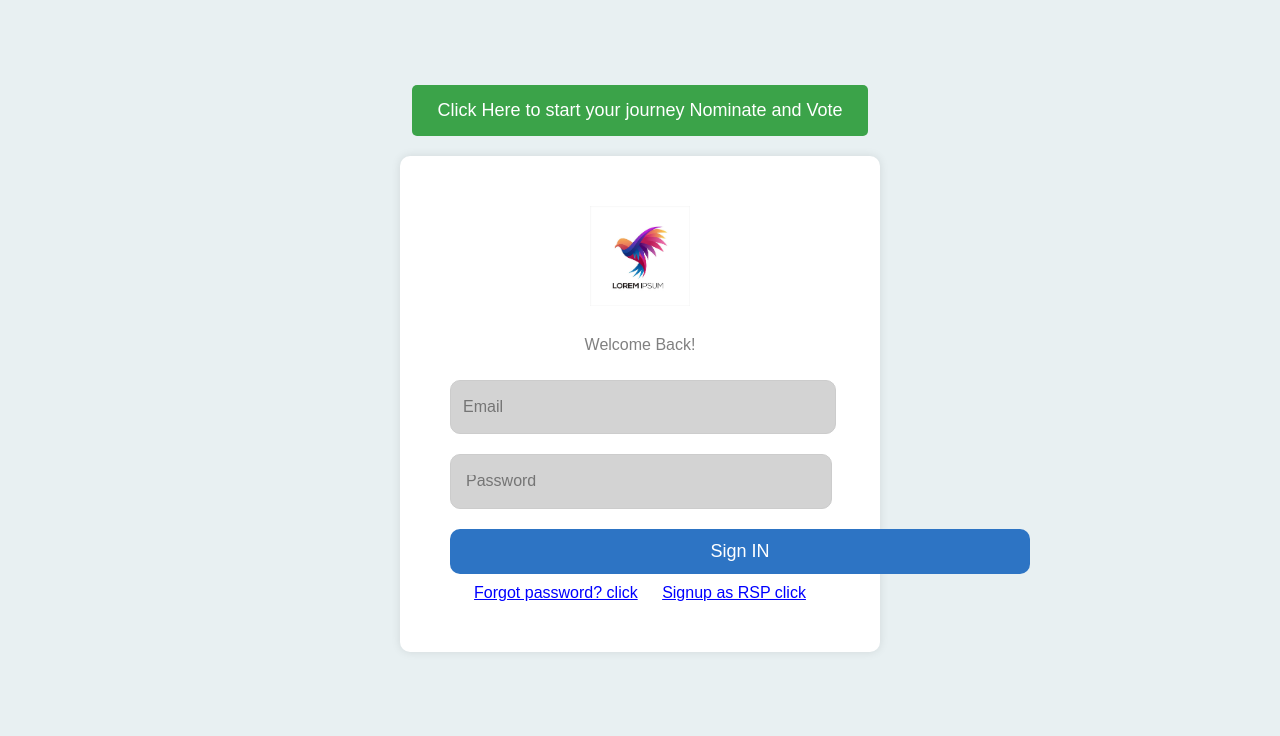
Repository: Femi007-gh/welcome
Page: index.html
The author's editor kept a copy of each file at every save. The page is drawn from the files as they stood at one save, then again after the next save.
The browser window is 1280 px wide. The pictures show the whole page.
Some web libraries are served in a nearby version.

Above is the page before, as saved 2025-03-10 18:22:26.

### index.html
<!DOCTYPE html>
<html lang="en">
<head>
    <meta charset="UTF-8">
    <meta name="viewport" content="width=device-width, initial-scale=1.0">
    <title>Login Page</title>
    <script src="https://kit.fontawesome.com/a076d05399.js" crossorigin="anonymous"></script>
    <style>
        body {
            font-family: Arial, sans-serif;
            background-color: #e8f0f2;
            display: flex;
            justify-content: center;
            align-items: center;
            height: 100vh;
            flex-direction: column;
        }
        .green-button {
            background-color: #3ba349;
            color: white;
            padding: 15px 25px;
            border: none;
            border-radius: 5px;
            cursor: pointer;
            margin-bottom: 20px;
            font-size: 18px;
        }
        .container {
            background-color: white;
            padding: 50px;
            border-radius: 10px;
            box-shadow: 0 0 10px rgba(0, 0, 0, 0.1);
            text-align: center;
            width: 380px;
        }
        .container img {
            width: 100px;
            margin-bottom: 10px;
        }
        p {
            color: gray;
        }
        input {
            width: calc(100% - 20px);
            padding: 12px;
            margin: 10px 0;
            border: 1px solid #ccc;
            border-radius: 10px;
            font-size: 16px;
            background: #d3d3d3;
        }
        .password-container {
            display: flex;
            align-items: center;
            background: #d3d3d3;
            border: 1px solid #ccc;
            border-radius: 10px;
            padding: 10px;
            width: calc(100% - 20px);
            margin: 10px 0;
        }
        .password-container input {
            border: none;
            outline: none;
            flex: 1;
            background: transparent;
            padding: 5px;
        }
        .password-container i {
            cursor: pointer;
            font-size: 18px;
            margin-left: 10px;
        }
        .sign-in-button {
            background-color: #2d74c4;
            color: white;
            padding: 12px;
            border: none;
            border-radius: 10px;
            cursor: pointer;
            width: 100%;
            font-size: 18px;
            margin-top: 10px;
            width: 580px;
        }
        .links {
            margin-top: 10px;
            font-size: 16px;
        }
        .links a {
            color: gray;
            text-decoration: none;
            margin: 0 10px;
        }
        .links a.underline {
            color: blue;
            text-decoration: underline;
        }
        .fit {
          height: 3px;
        }
        .lit{
          height: 28px;
        }
    </style>
</head>
<body>
    <button class="green-button">Click Here to start your journey Nominate and Vote</button>
    <div class="container">
        <img src="Logo.jpg" alt="Nigerian Shippers Council Logo">
        <p>Welcome Back!</p>
        <input type="email" placeholder="Email" class="lit">
        <div class="password-container">
            <input type="password" placeholder="Password" class="fit">
        </div>
        <button class="sign-in-button">Sign IN</button>
        <div class="links">
            <a href="#" class="underline">Forgot password? click</a>
            <a href="#" class="underline">Signup as RSP click</a>
        </div>
    </div>
</body>
</html>

After the next save:
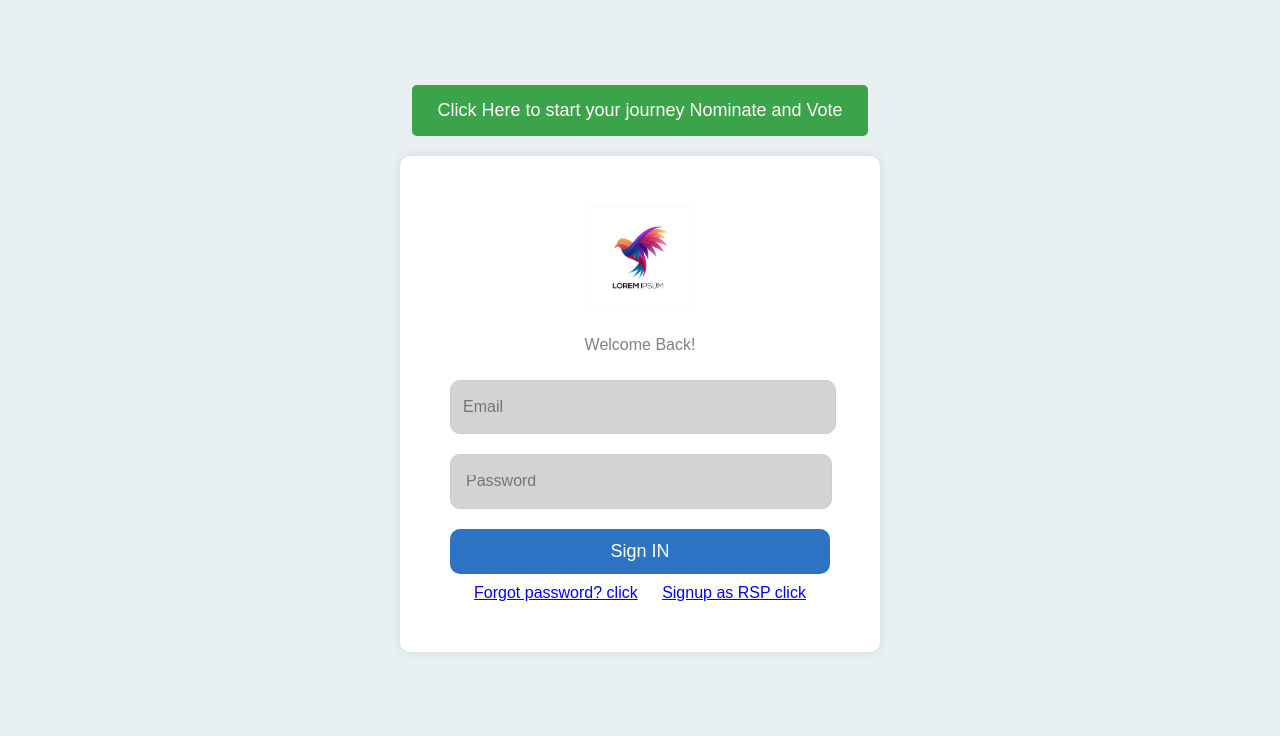
Saved 5 s later.
--- a/index.html
+++ b/index.html
@@ -81,7 +81,7 @@
             width: 100%;
             font-size: 18px;
             margin-top: 10px;
-            width: 580px;
+            width: 380px;
         }
         .links {
             margin-top: 10px;
